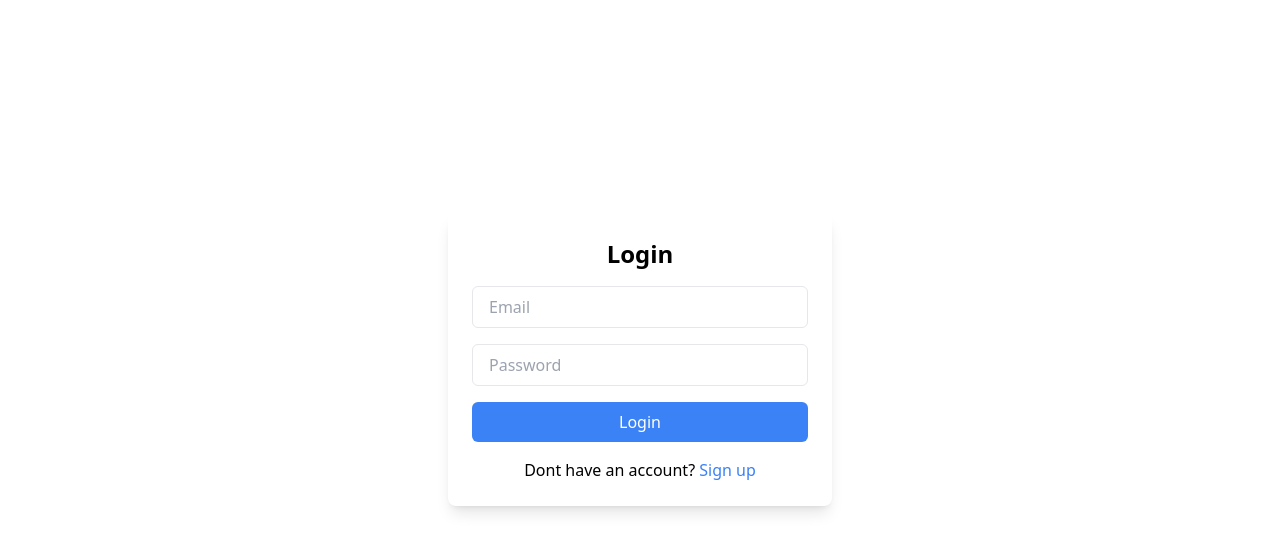
Repository: prathyushaa5/BuyYours
Page: /login (app in Frontend/)
An editor plug-in stored every save of this project. The page is shown before and after the next save, followed by the edit.
The browser window is 1280 px wide. The pictures show the whole page.
The project was rebuilt for these pictures with package versions that can differ from the ones it lists, and the page was loaded fresh each time. Also part of the build but not shown: Frontend/vite.config.js, Frontend/src/components/Main.jsx, Frontend/src/components/Signup.jsx, Frontend/src/components/Home.jsx.

Above is the page before, as saved 2025-02-13 18:01:56.

### Frontend/src/App.jsx
import { BrowserRouter as Router, Routes, Route } from "react-router-dom";
import { useState } from "react";
import Main from "./components/Main";
import Login from "./components/Login";
import Signup from "./components/Signup";
import Home from "./components/Home";

export default function App() {
  const [token, setToken] = useState(null);

  const handleLogin = (userToken) => {
    setToken(userToken);
  };

  return (
    <Router>
      <Routes>
        {/* Show Main page first */}
        <Route path="/" element={<Main />} />

        {/* Login Page */}
        <Route path="/login" element={<Login onLogin={handleLogin} />} />

        {/* Signup Page */}
        <Route path="/signup" element={<Signup />} />

        {/* Home Page (Protected) */}
        <Route path="/home" element={token ? <Home /> : <Login onLogin={handleLogin} />} />
      </Routes>
    </Router>
  );
}

### Frontend/src/components/Login.jsx
import { useState } from "react";
import PropTypes from "prop-types";
import axios from "axios";
import { useNavigate } from "react-router-dom";

const Login = ({ onLogin }) => {
  const [email, setEmail] = useState("");
  const [password, setPassword] = useState("");
  const [error, setError] = useState("");
  const navigate = useNavigate();

  const handleLogin = async (e) => {
    e.preventDefault();
    try {
      const response = await axios.post("http://localhost:5223/api/auth/login", {
        email,
        password,
      });

      localStorage.setItem("token", response.data.token);
      onLogin(response.data.token);
      console.log("User logged in");
      navigate("/home");
    } catch (err) {
      setError("Invalid email or password.",err);
    }
  };

  return (
    <div className="flex items-center justify-center min-h-screen bg-white">
      <div className="bg-white p-6 rounded-lg shadow-lg w-96">
        <h2 className="text-2xl font-bold mb-4 text-center">Login</h2>
        {error && <p className="text-red-500 text-center">{error}</p>}
        <form onSubmit={handleLogin} className="space-y-4">
          <input
            type="email"
            placeholder="Email"
            value={email}
            onChange={(e) => setEmail(e.target.value)}
            className="w-full px-4 py-2 border rounded-md"
            required
          />
          <input
            type="password"
            placeholder="Password"
            value={password}
            onChange={(e) => setPassword(e.target.value)}
            className="w-full px-4 py-2 border rounded-md"
            required
          />
          <button type="submit" className="w-full bg-blue-500 text-white py-2 rounded-md hover:bg-blue-600">
            Login
          </button>
        </form>
        <p className="mt-4 text-center">
          Dont have an account?{" "}
          <button onClick={() => navigate("/signup")} className="text-blue-500 hover:underline">
            Sign up
          </button>
        </p>
      </div>
    </div>
  );
};

Login.propTypes = {
  onLogin: PropTypes.func.isRequired,
};

export default Login;

Loaded but not shown: Frontend/index.html (common file); Frontend/src/main.jsx (common file); Frontend/src/index.css (common file); Frontend/tailwind.config.js (common file)

After the next save:
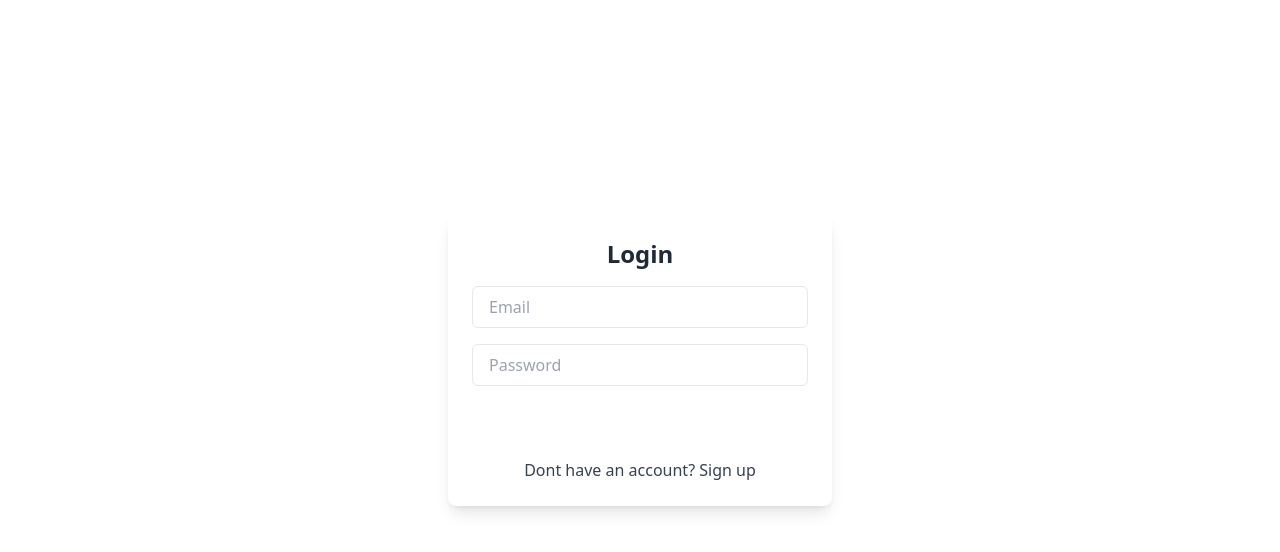
Saved 3 min 54 s later.
--- a/Frontend/src/components/Login.jsx
+++ b/Frontend/src/components/Login.jsx
@@ -27,9 +27,9 @@
   };
 
   return (
-    <div className="flex items-center justify-center min-h-screen bg-white">
+    <div className="flex items-center justify-center min-h-screen bg-white text-gray-800">
       <div className="bg-white p-6 rounded-lg shadow-lg w-96">
-        <h2 className="text-2xl font-bold mb-4 text-center">Login</h2>
+        <h2 className="text-2xl font-bold mb-4 text-center text-primary">Login</h2>
         {error && <p className="text-red-500 text-center">{error}</p>}
         <form onSubmit={handleLogin} className="space-y-4">
           <input
@@ -37,7 +37,7 @@
             placeholder="Email"
             value={email}
             onChange={(e) => setEmail(e.target.value)}
-            className="w-full px-4 py-2 border rounded-md"
+            className="w-full px-4 py-2 border rounded-md text-gray-700"
             required
           />
           <input
@@ -45,16 +45,16 @@
             placeholder="Password"
             value={password}
             onChange={(e) => setPassword(e.target.value)}
-            className="w-full px-4 py-2 border rounded-md"
+            className="w-full px-4 py-2 border rounded-md text-gray-700"
             required
           />
-          <button type="submit" className="w-full bg-blue-500 text-white py-2 rounded-md hover:bg-blue-600">
+          <button type="submit" className="w-full bg-primary text-white py-2 rounded-md hover:bg-primary-dark">
             Login
           </button>
         </form>
-        <p className="mt-4 text-center">
+        <p className="mt-4 text-center text-gray-700">
           Dont have an account?{" "}
-          <button onClick={() => navigate("/signup")} className="text-blue-500 hover:underline">
+          <button onClick={() => navigate("/signup")} className="text-primary hover:underline">
             Sign up
           </button>
         </p>

After the save that followed:
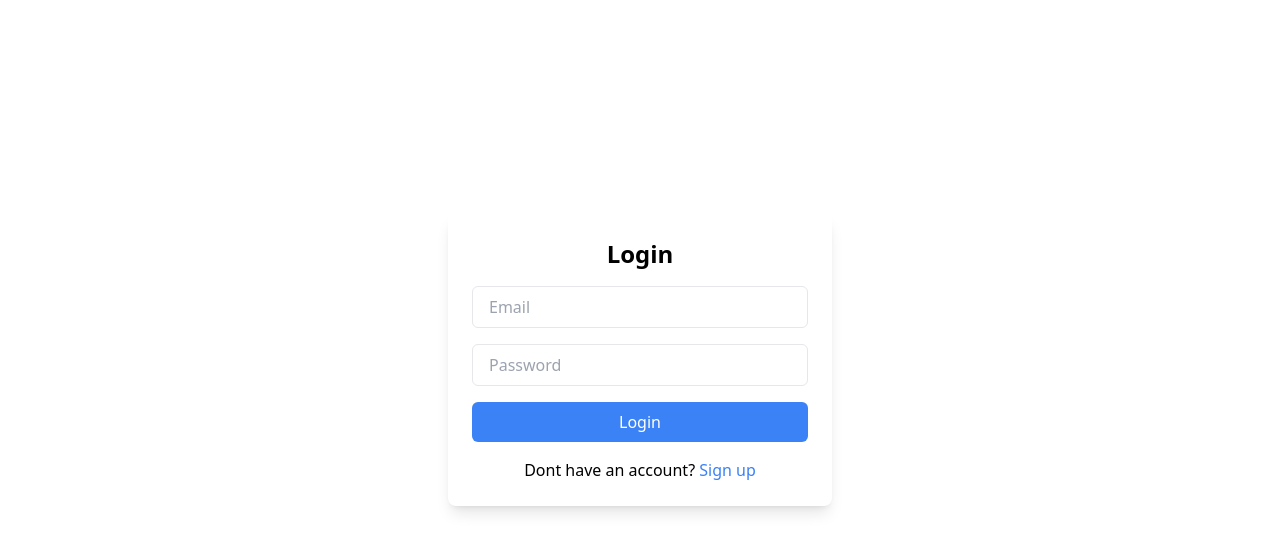
Saved 19 s later.
--- a/Frontend/src/components/Login.jsx
+++ b/Frontend/src/components/Login.jsx
@@ -27,9 +27,9 @@
   };
 
   return (
-    <div className="flex items-center justify-center min-h-screen bg-white text-gray-800">
+    <div className="flex items-center justify-center min-h-screen bg-white">
       <div className="bg-white p-6 rounded-lg shadow-lg w-96">
-        <h2 className="text-2xl font-bold mb-4 text-center text-primary">Login</h2>
+        <h2 className="text-2xl font-bold mb-4 text-center">Login</h2>
         {error && <p className="text-red-500 text-center">{error}</p>}
         <form onSubmit={handleLogin} className="space-y-4">
           <input
@@ -37,7 +37,7 @@
             placeholder="Email"
             value={email}
             onChange={(e) => setEmail(e.target.value)}
-            className="w-full px-4 py-2 border rounded-md text-gray-700"
+            className="w-full px-4 py-2 border rounded-md"
             required
           />
           <input
@@ -45,16 +45,16 @@
             placeholder="Password"
             value={password}
             onChange={(e) => setPassword(e.target.value)}
-            className="w-full px-4 py-2 border rounded-md text-gray-700"
+            className="w-full px-4 py-2 border rounded-md"
             required
           />
-          <button type="submit" className="w-full bg-primary text-white py-2 rounded-md hover:bg-primary-dark">
+          <button type="submit" className="w-full bg-blue-500 text-white py-2 rounded-md hover:bg-blue-600">
             Login
           </button>
         </form>
-        <p className="mt-4 text-center text-gray-700">
+        <p className="mt-4 text-center">
           Dont have an account?{" "}
-          <button onClick={() => navigate("/signup")} className="text-primary hover:underline">
+          <button onClick={() => navigate("/signup")} className="text-blue-500 hover:underline">
             Sign up
           </button>
         </p>
